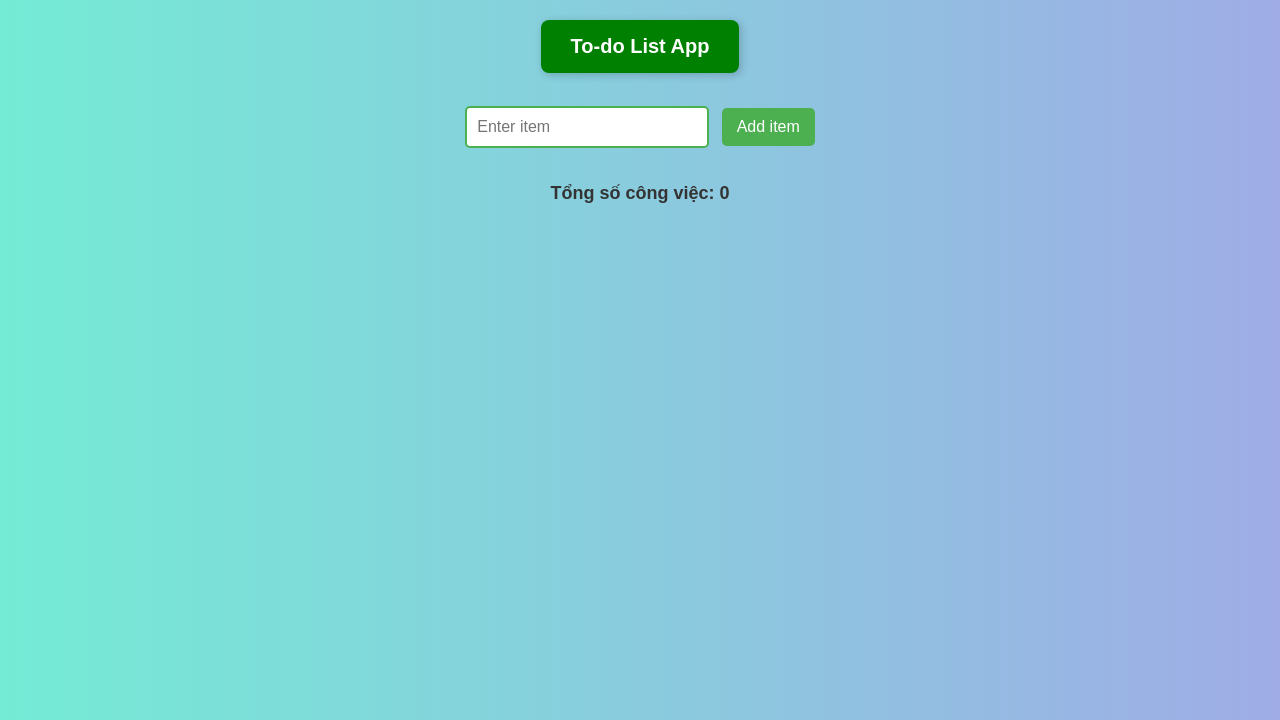
Repository: binhphanbp/WEB2064_JavaScript-Advanced_WD20305
Page: lesson4/lesson4.html
An editor plug-in stored every save of this project. The page is shown before and after the next save, followed by the edit.
The browser window is 1280 px wide. The pictures show the whole page.

Above is the page before, as saved 2025-09-24 12:25:38.

After the next save:
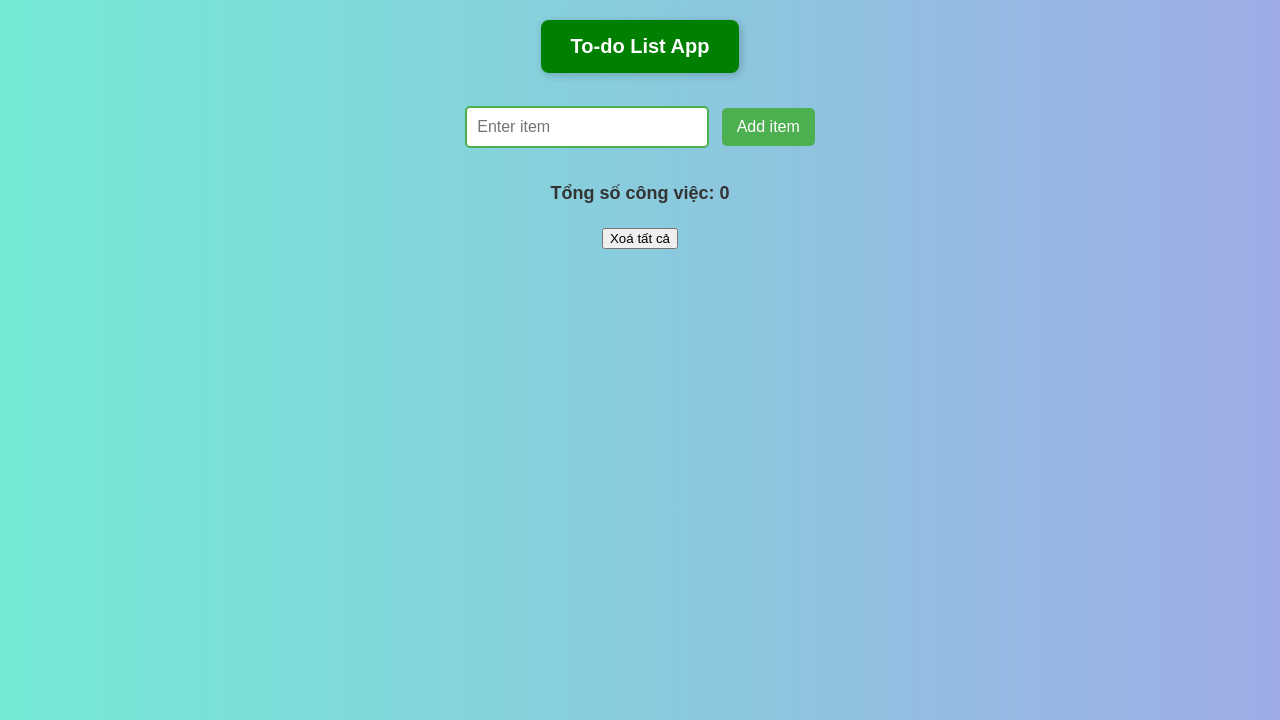
Saved 72 s later.
--- a/lesson4/lesson4.html
+++ b/lesson4/lesson4.html
@@ -183,7 +183,7 @@
       btnDelAlt.addEventListener('click', () => {
         ulTag.innerHTML = '';
       });
-      h4Tag.appendChild(btnDelAlt);
+      h4Tag.after(btnDelAlt);
       updateTaskCount();
     </script>
   </body>
